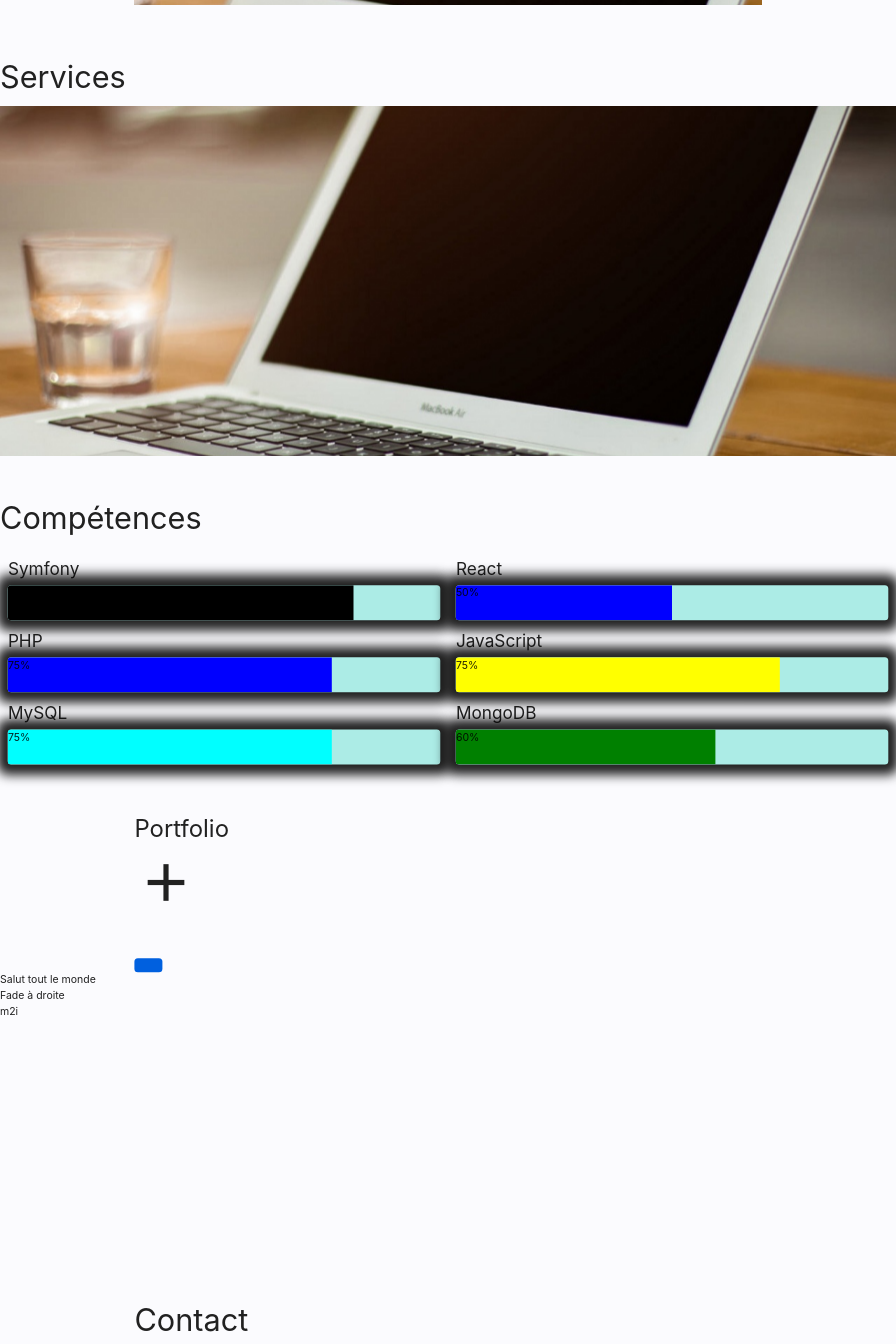
Repository: duncanidaho14/mavitrine
Page: index.html
These files come from the project's save history. The page is drawn as it stood at one moment and after a run of saves; the edit follows.
The browser window is 1280 px wide. The pictures show the part of the page from y = 1230 to 3150 px (the page is 4178 px tall), at 70% of full size.

Above is the page before, as saved 2021-06-15 19:39:28.

After the next 2 saves:
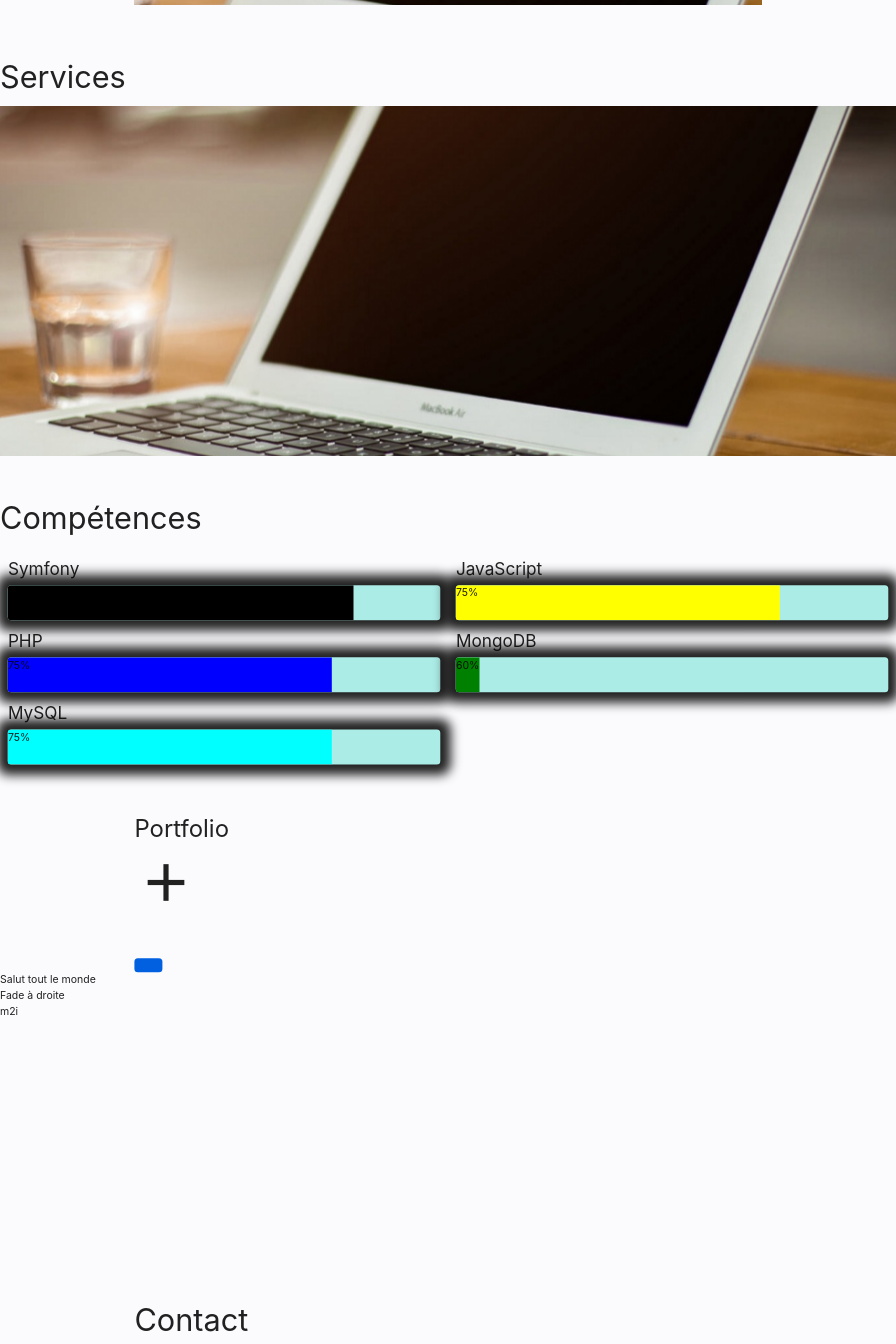
Console error: TypeError: Cannot read properties of null (reading 'style')
The 2 saves are shown as one change because they came seconds apart.
The last was saved 10 s later.
--- a/index.html
+++ b/index.html
@@ -114,10 +114,6 @@
                     </div>
                 </div>
                 <div class="col s6">
-                    <h5 class="title-five">React</h5>
-                    <div class="progress bar">
-                        <div class="determinate react" data-done="50">50%</div>
-                    </div>
                     <h5 class="title-five">JavaScript</h5>
                     <div class="progress bar">
                         <div class="determinate javascript" data-done="75">75%</div>

After the save that followed:
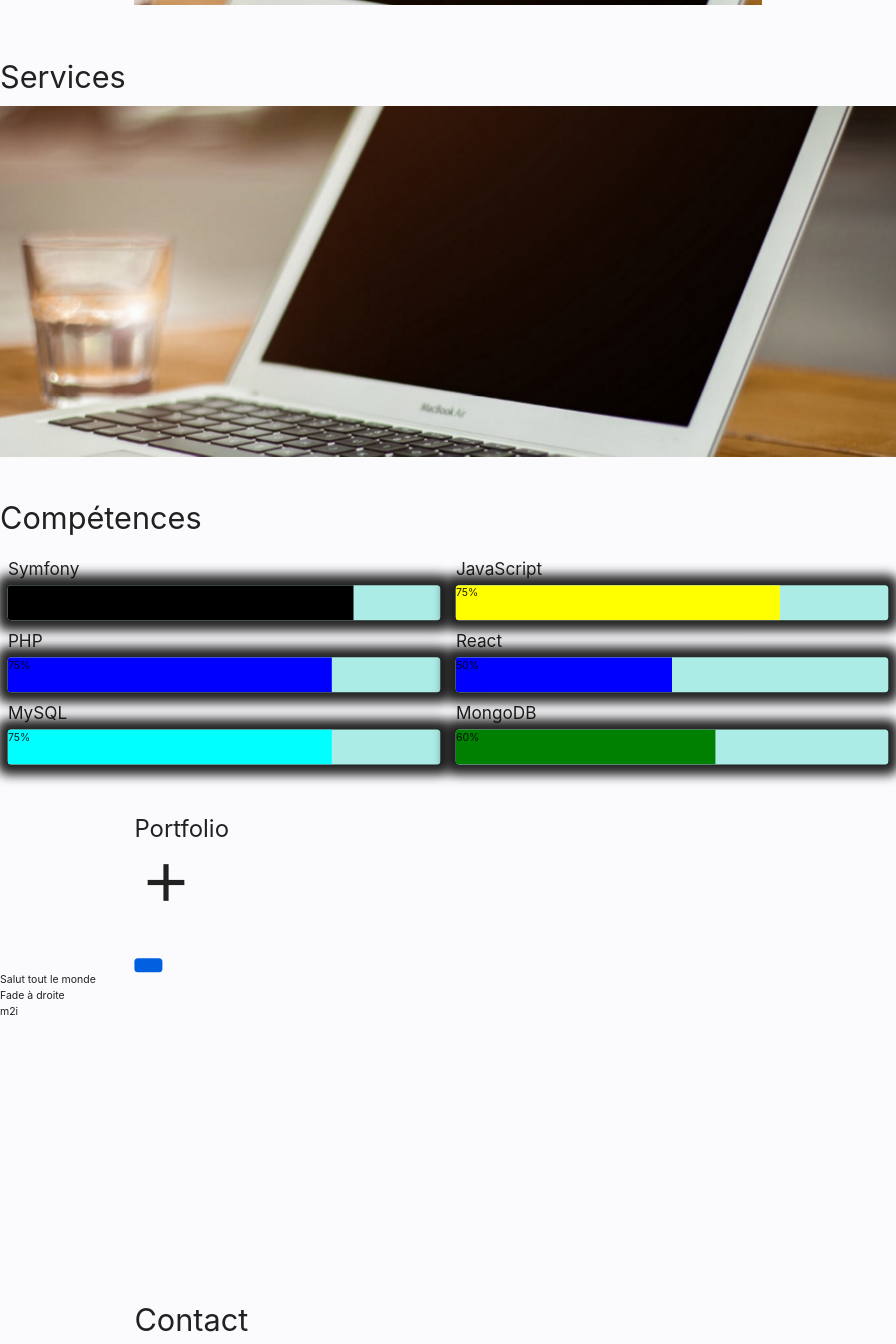
The error is gone.
Saved 4 s later.
--- a/index.html
+++ b/index.html
@@ -118,6 +118,10 @@
                     <div class="progress bar">
                         <div class="determinate javascript" data-done="75">75%</div>
                     </div>
+                    <h5 class="title-five">React</h5>
+                    <div class="progress bar">
+                        <div class="determinate react" data-done="50">50%</div>
+                    </div>
                     <h5 class="title-five">MongoDB</h5>
                     <div class="progress bar">
                         <div class="determinate mongodb" data-done="60">60%</div>
